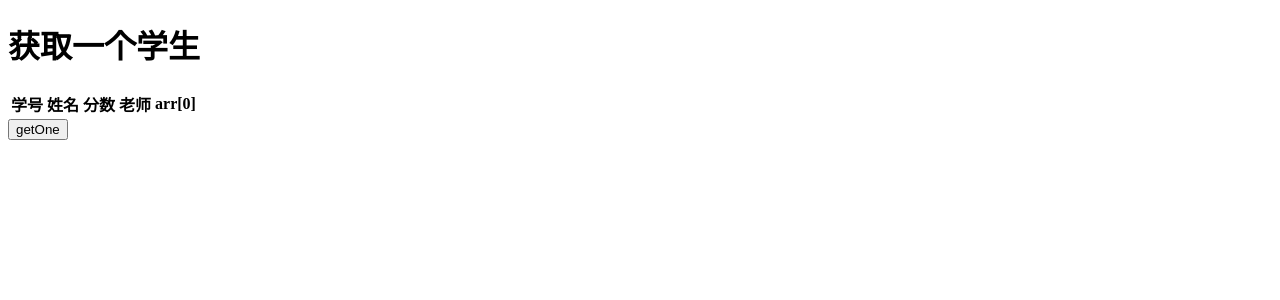
Repository: byuan98/study
Page: http://localhost/day079web/jsp/json_test.jsp
These files come from the project's save history. The page is drawn as it stood at one moment and after the next save; the edit follows.
The browser window is 1280 px wide. The pictures show the whole page.
The page is served by Tomcat 9.

Above is the page before, as saved 2021-04-07 15:11:33.

After the next save:
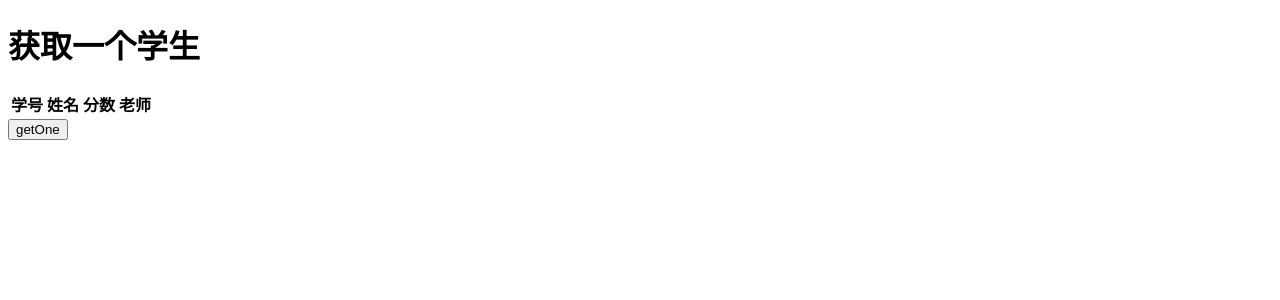
Saved 118 s later.
--- a/day079web/WebContent/jsp/json_test.jsp
+++ b/day079web/WebContent/jsp/json_test.jsp
@@ -13,7 +13,7 @@
     <table id="tab_1">
         <tr>
             <th>学号</th><th>姓名</th><th>分数</th><th>老师</th>
-            <th>arr[0]</th>
+
         </tr>
     </table>
     <input type="button" value="getOne" id="but_one"/>
